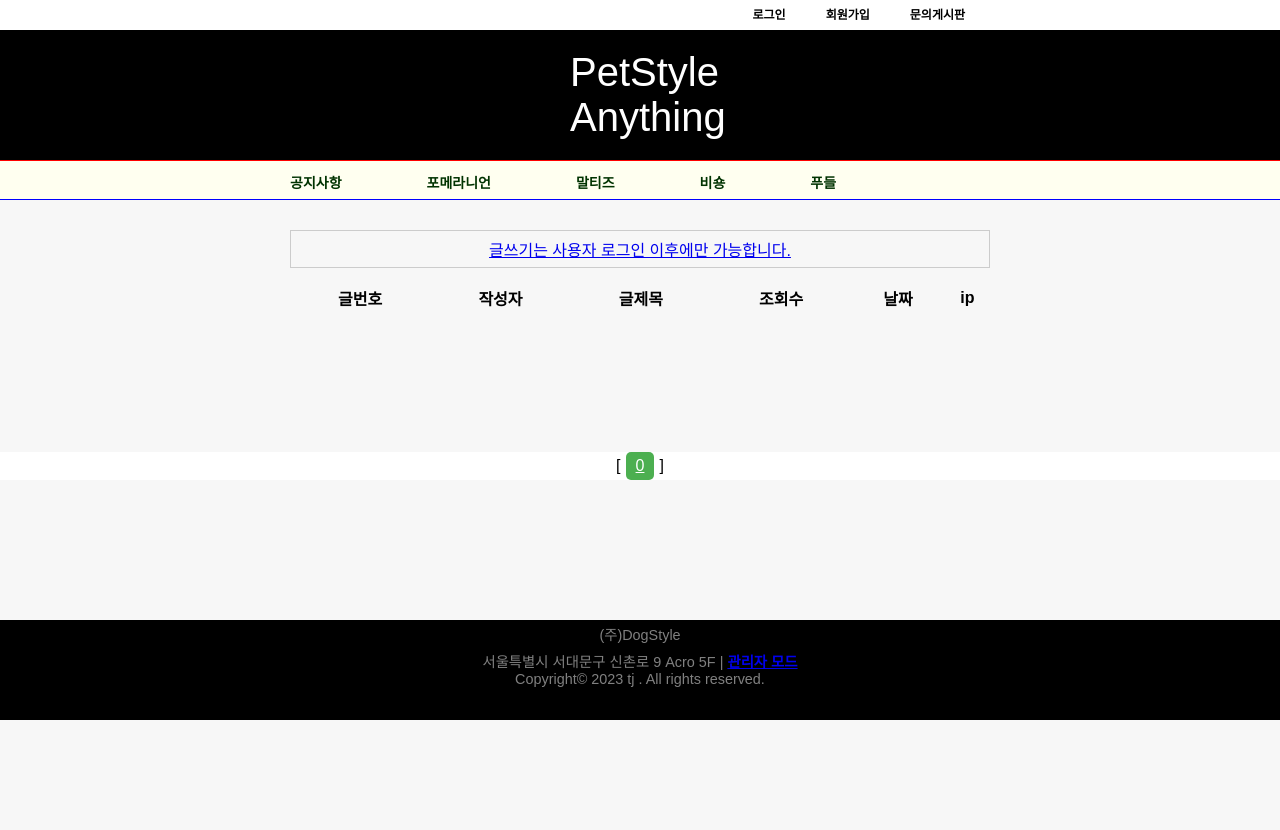
Repository: kdkk2000/Project
Page: http://localhost/petstyle/board/boardList.jsp
The author's editor kept a copy of each file at every save. The page is drawn from the files as they stood at one save, then again after the next save.
The browser window is 1280 px wide. The pictures show the whole page.
The page is served by Tomcat 9. The template is opened directly, without the code that normally fills it, so the values that code supplies are empty.

Above is the page before, as saved 2023-03-28 02:52:27.

After the next save:
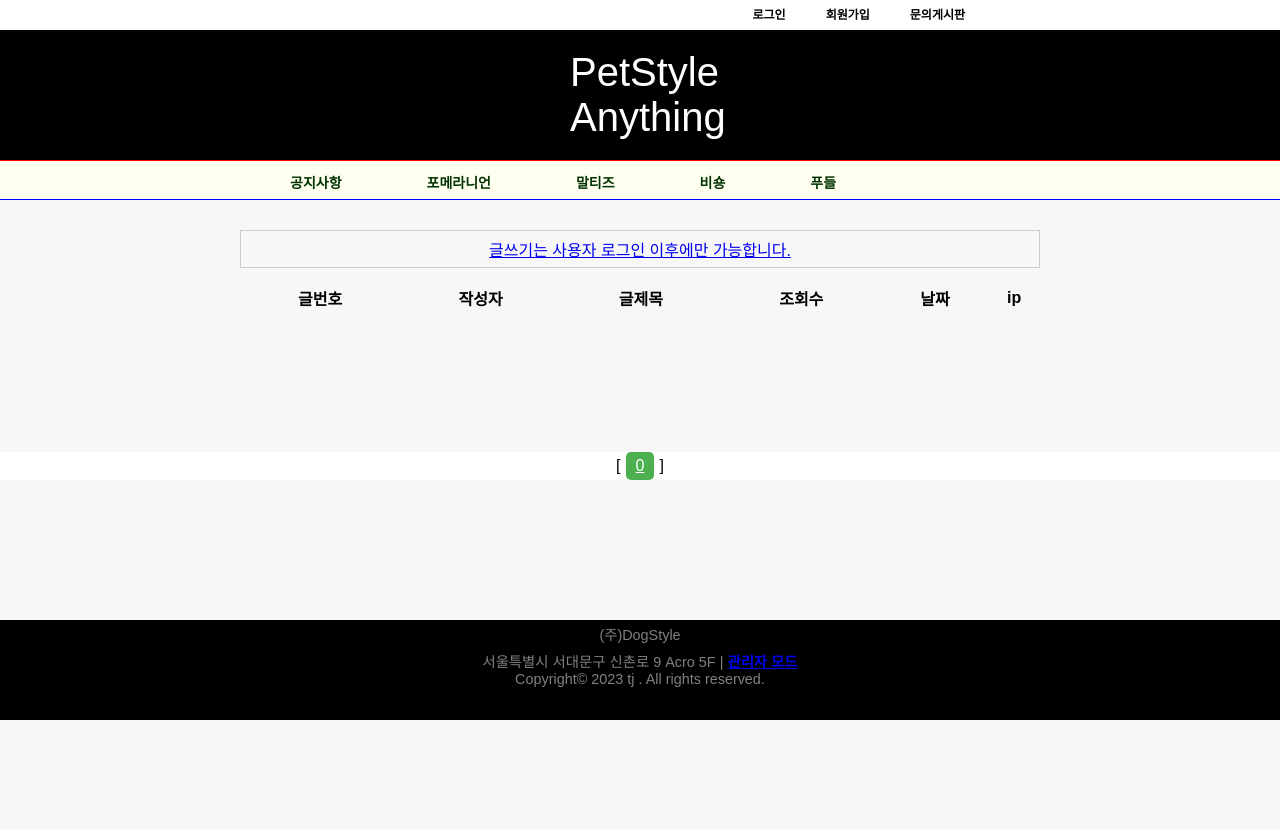
Saved 4 s later.
--- a/petstyle/WebContent/board/boardList.jsp
+++ b/petstyle/WebContent/board/boardList.jsp
@@ -13,7 +13,7 @@
 		#content_form {
 			height:600px;
 			margin: 30px auto 0px;
-			width: 700px;
+			width: 800px;
 		}
 		#content_form table tr { height: 10px;}
 	</style>
